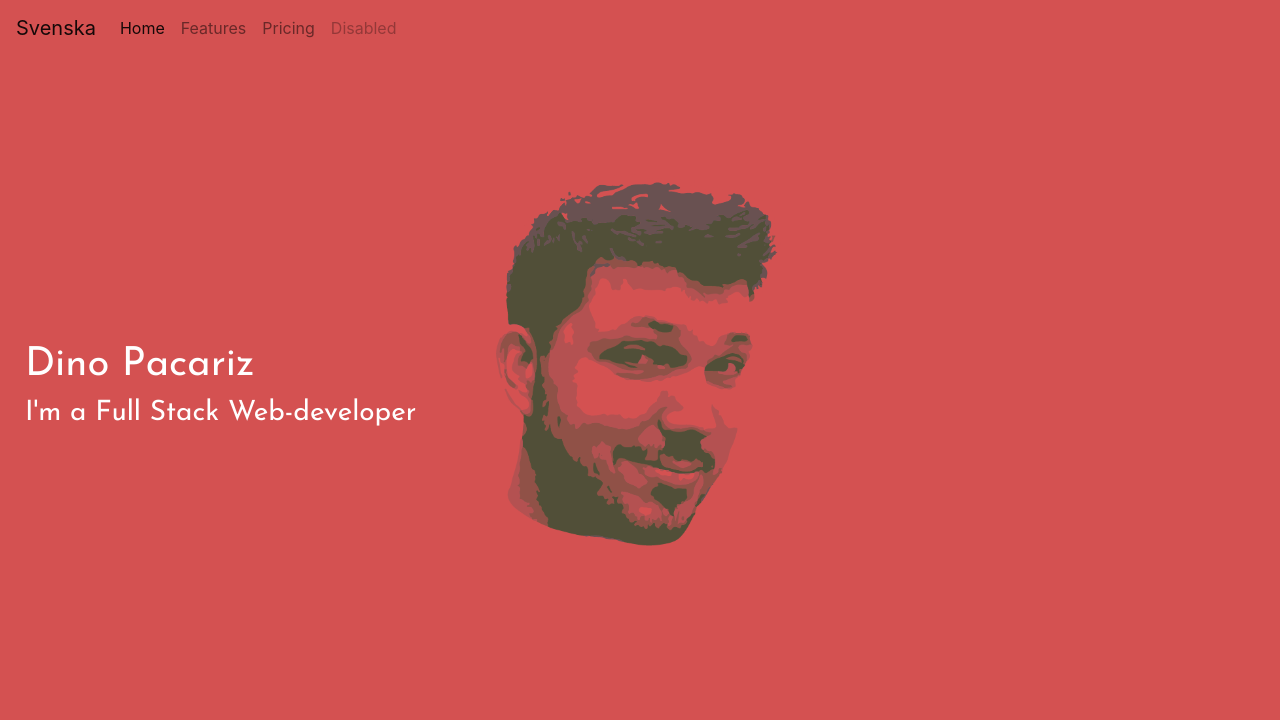
Repository: ImDino/Portfolio
Page: index.html
These files come from the project's save history. The page is drawn as it stood at one moment and after the next save; the edit follows.
The browser window is 1280 px wide. The pictures show the whole page.
Some web libraries are served in a nearby version. The style sheet was rebuilt from its Sass, Less or Tailwind sources for each picture, by a compiler version that may differ from the author's.

Above is the page before, as saved 2020-11-04 13:21:52.

### index.html
<!DOCTYPE html>
<html lang="en">
<head>
    <meta charset="UTF-8">
    <meta name="viewport" content="width=device-width, initial-scale=1.0">
    <link rel="stylesheet" href="https://cdn.jsdelivr.net/npm/bootstrap@4.5.3/dist/css/bootstrap.min.css" integrity="sha384-TX8t27EcRE3e/ihU7zmQxVncDAy5uIKz4rEkgIXeMed4M0jlfIDPvg6uqKI2xXr2" crossorigin="anonymous">
    <link href="https://fonts.googleapis.com/css2?family=Josefin+Sans&display=swap" rel="stylesheet">

    <script src="https://code.jquery.com/jquery-3.5.1.slim.min.js" integrity="sha384-DfXdz2htPH0lsSSs5nCTpuj/zy4C+OGpamoFVy38MVBnE+IbbVYUew+OrCXaRkfj" crossorigin="anonymous"></script>
    <script src="https://cdn.jsdelivr.net/npm/bootstrap@4.5.3/dist/js/bootstrap.bundle.min.js" integrity="sha384-ho+j7jyWK8fNQe+A12Hb8AhRq26LrZ/JpcUGGOn+Y7RsweNrtN/tE3MoK7ZeZDyx" crossorigin="anonymous"></script>
    <script src="https://cdnjs.cloudflare.com/ajax/libs/gsap/3.5.1/gsap.min.js"></script>
    <script src="/js/main.js"></script>


    <link rel="stylesheet" href="css/main.css">
    <title>Dino's Portfolio</title>
</head>
<body>
    <div id='pseudo-div'></div>
    <nav class="navbar navbar-expand-lg navbar-light bg-light">
        <!-- <a class="navbar-brand" href="#">Navbar</a> -->
        <a class="navbar-brand" id='lang' href="#">Svenska</a>
        <button class="navbar-toggler" type="button" data-toggle="collapse" data-target="#navbarNav" aria-controls="navbarNav" aria-expanded="false" aria-label="Toggle navigation">
          <span class="navbar-toggler-icon"></span>
        </button>
        <div class="collapse navbar-collapse" id="navbarNav">
          <ul class="navbar-nav">
            <li class="nav-item active">
              <a class="nav-link" href="#">Home <span class="sr-only">(current)</span></a>
            </li>
            <li class="nav-item">
              <a class="nav-link" href="#">Features</a>
            </li>
            <li class="nav-item">
              <a class="nav-link" href="#">Pricing</a>
            </li>
            <li class="nav-item">
              <a class="nav-link disabled" href="#" tabindex="-1" aria-disabled="true">Disabled</a>
            </li>
          </ul>
        </div>
    </nav>
    <div id='purple-div'>
        <div>
            <h1>Dino Pacariz</h1>
            <h3>I'm a Full Stack Web-developer</h3>
        </div>
    </div>
    <div id='face'>
    </div>
</body>
</html>

### js/main.js
document.addEventListener('DOMContentLoaded', () => {
    gsap.from("#purple-div", {duration: 1, x: -1000});
    gsap.from("#face", {duration: 1, opacity: 0});
    gsap.from("#face", {clearProps: 'all', duration: 1, x:100});
    TweenLite.from('#face', {y:20, ease:Linear.easeNone});





    // localStorage.clear()

    /*:::::::START:::::::::
    ::: Refresh Counter :::
    :::::::::::::::::::::*/

    if(localStorage.getItem('refreshCount') == null) {
        localStorage.setItem('refreshCount', 1);
    } else {
        let  localRefreshCount = localStorage.getItem('refreshCount')
        localRefreshCount++;
        localStorage.setItem('refreshCount', localRefreshCount);
    }
    if (parseInt(localStorage.getItem('refreshCount')) > 10) {
        localStorage.setItem('refreshCount', 1);
    }
    console.log('RefreshCount: '+localStorage.getItem('refreshCount'))


    /*::::::::END::::::::::
    ::: Refresh Counter :::
    :::::::::::::::::::::*/
})

### scss/main.scss


body {
    background-color: #D45151;
    color: white;
}

#pseudo-div {
    width: 100%;
    background-color: red;
}

.navbar {
    background-color: #D45151 !important;
    color: white;
}

#purple-div {
    padding-top: 60px;
    position: absolute;
    top: 0;
    bottom: 0;
    left: 0;
    right: 0;
    z-index: -1;

    // background: linear-gradient(97deg, #1E1446 50%, rgba(255, 255, 255, 0) 50.15%);
    display: grid;
    place-content: center left;

    h1, h3 {
        margin-left: 25px;
        font-family: 'Josefin Sans', sans-serif;

    }
    h1 {
        // font-size: 2em;
    }
}

#face {
    position: fixed;
    top: 0;
    bottom: 0;
    left: 0;
    right: 0;
    // margin-right: 300px;
    background: url('/img/vectorFace.png') no-repeat;
    background-color: #D45151;
    z-index: -2;
    background-blend-mode: darken;
    background-size: 40vh;
    background-position: center;
}



/* //TODO
1. Darkmode, ställa in särskilda färger IFALL man är i darkmode? UX baby.

*/

After the next save:
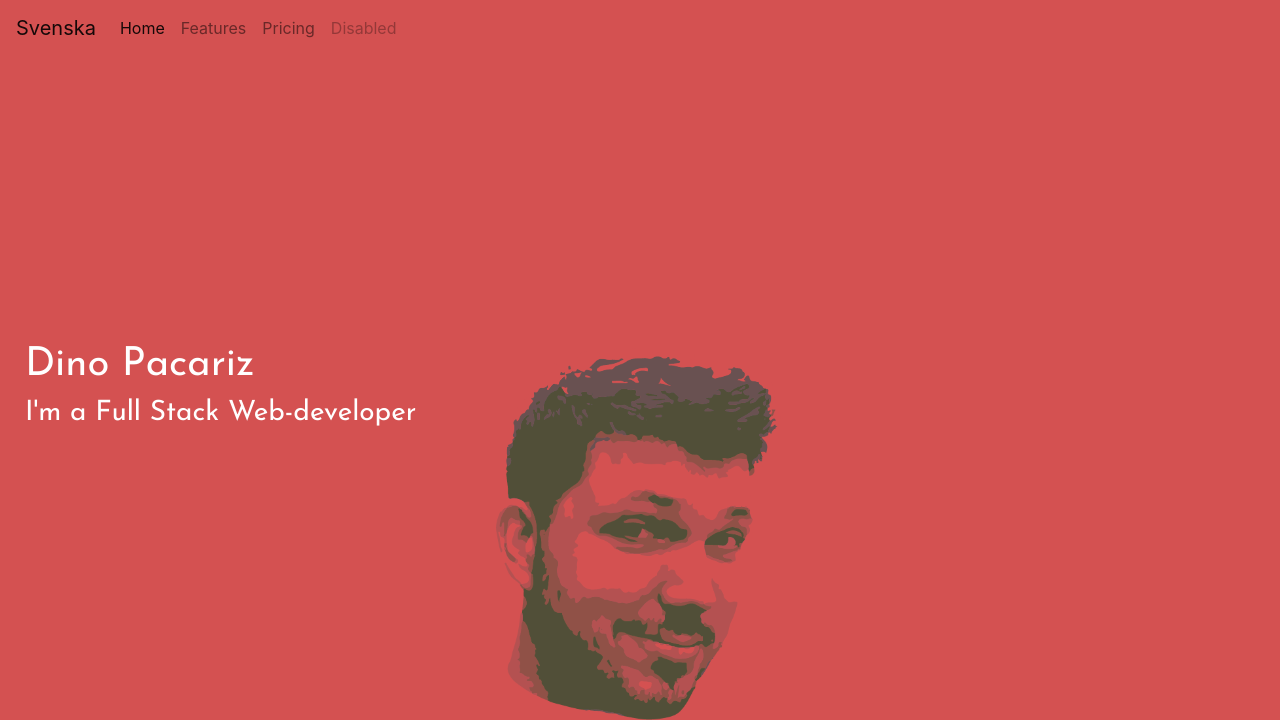
Saved 30 s later.
--- a/scss/main.scss
+++ b/scss/main.scss
@@ -50,7 +50,7 @@ body {
     z-index: -2;
     background-blend-mode: darken;
     background-size: 40vh;
-    background-position: center;
+    background-position: center bottom;
 }
 
 
